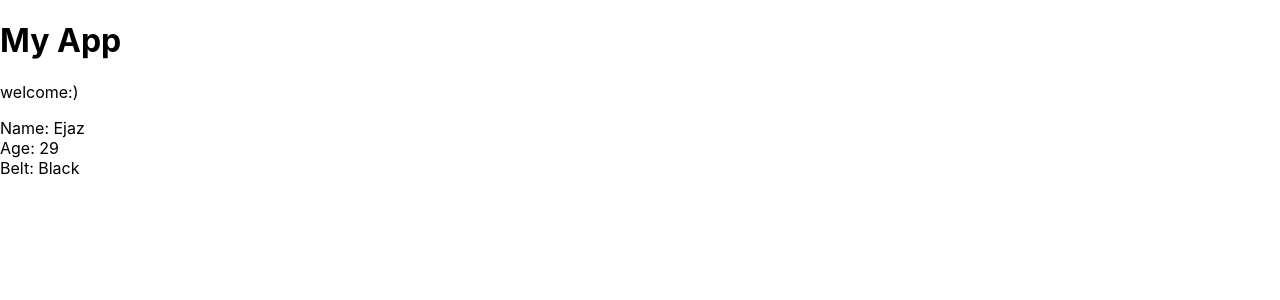
Repository: ejazsidhu/reactJSPrecticeNinja
Page: /
The author's editor kept a copy of each file at every save. The page is drawn from the files as they stood at one save, then again after the next save.
The browser window is 1280 px wide. The pictures show the whole page.
The project was rebuilt for these pictures with package versions that can differ from the ones it lists, and the page was loaded fresh each time.

Above is the page before, as saved 2020-04-10 18:21:03.

After the next save:
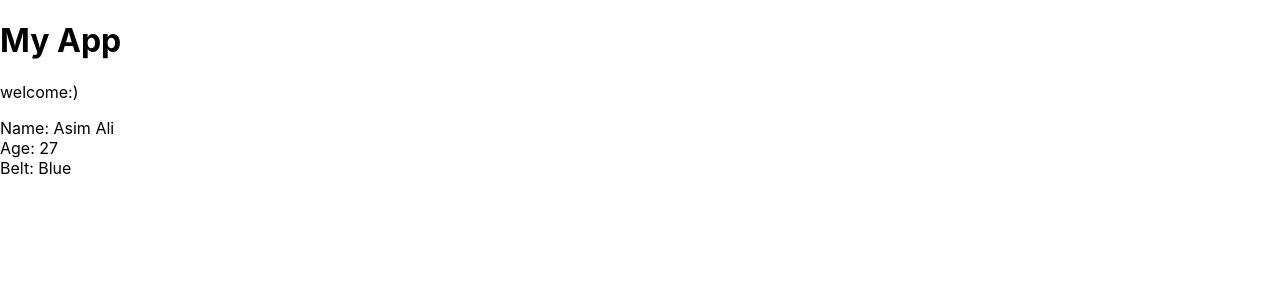
Saved 47 s later.
--- a/src/ninjas.js
+++ b/src/ninjas.js
@@ -5,9 +5,9 @@ export default class Ninjas extends Component{
         console.log(this.props)
         return (
         <div className="Ninjas">
-            <div>Name: Ejaz</div>
-            <div>Age: 29</div>
-<div>Belt:  Black</div>
+            <div>Name: {this.props.name}</div>
+            <div>Age: {this.props.age}</div>
+<div>Belt:  {this.props.belt}</div>
 
         </div>
         )
